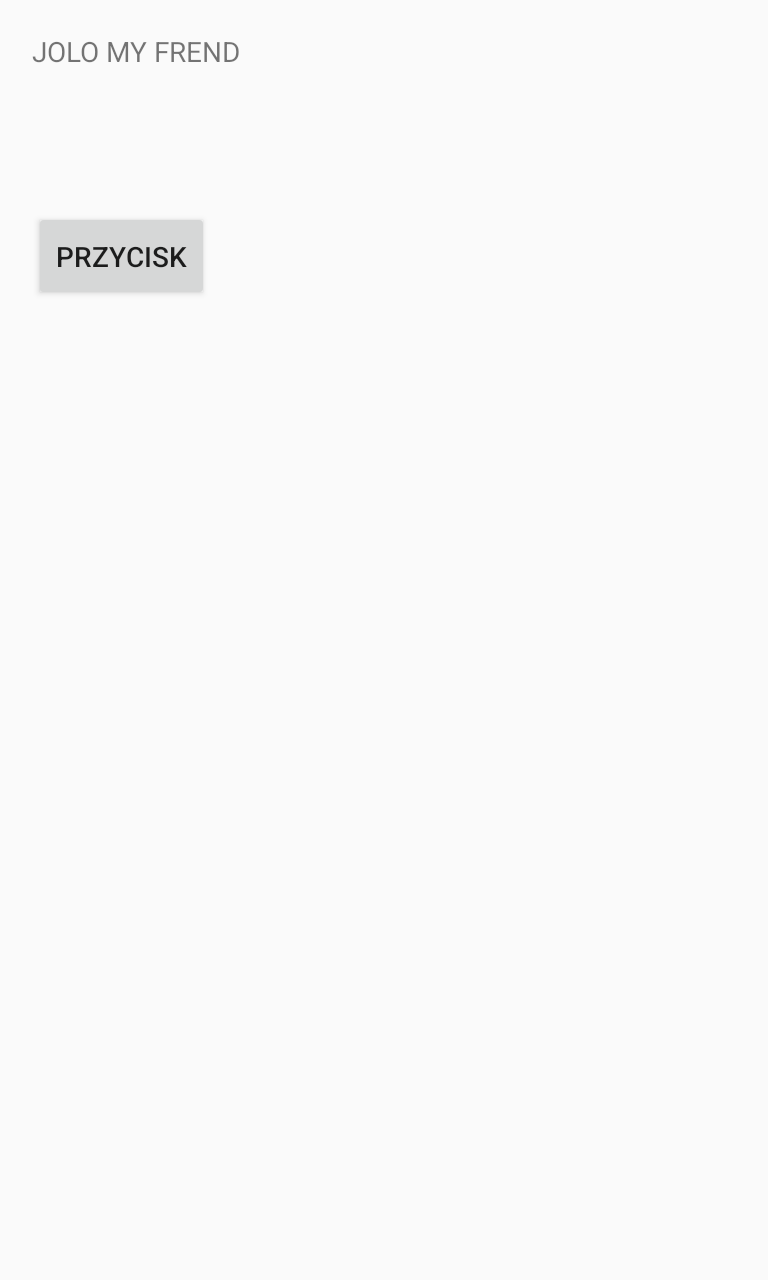
Repository: Radioaktywny/MaciekJava
Layout: ZnajdzTo/res/layout/activity_main.xml
The author's editor kept a copy of each file at every save. The layout is drawn from the files as they stood at one save, then again after the next save.
It is drawn on a 768 x 1280 px phone screen (xhdpi) without system bars, with theme AppTheme; the app's code is not run.

Above is the layout before, as saved 2015-10-16 10:55:41.

### ZnajdzTo/res/layout/activity_main.xml
<RelativeLayout xmlns:android="http://schemas.android.com/apk/res/android"
    xmlns:tools="http://schemas.android.com/tools"
    android:layout_width="match_parent"
    android:layout_height="match_parent"
    android:paddingBottom="@dimen/activity_vertical_margin"
    android:paddingLeft="@dimen/activity_horizontal_margin"
    android:paddingRight="@dimen/activity_horizontal_margin"
    android:paddingTop="@dimen/activity_vertical_margin"
    tools:context="com.example.znajdzto.MainActivity" >

    <TextView
        android:id="@+id/textView1"
        android:layout_width="wrap_content"
        android:layout_height="wrap_content"
        android:text="JOLO MY FREND" />

    <Button
        android:id="@+id/button1"
        android:layout_width="wrap_content"
        android:layout_height="wrap_content"
        android:layout_alignLeft="@+id/textView1"
        android:layout_below="@+id/textView1"
        android:layout_marginTop="69dp"
        android:text="Przycisk"
        android:onClick="LadujDrugaAktywnosc"/>

</RelativeLayout>

Loaded but not shown: ZnajdzTo/res/values/styles.xml (common file); ZnajdzTo/res/values-v11/styles.xml (common file); ZnajdzTo/res/values-v14/styles.xml (common file); ZnajdzTo/res/values/dimens.xml (common file); ZnajdzTo/res/values-w820dp/dimens.xml (common file)

After the next save:
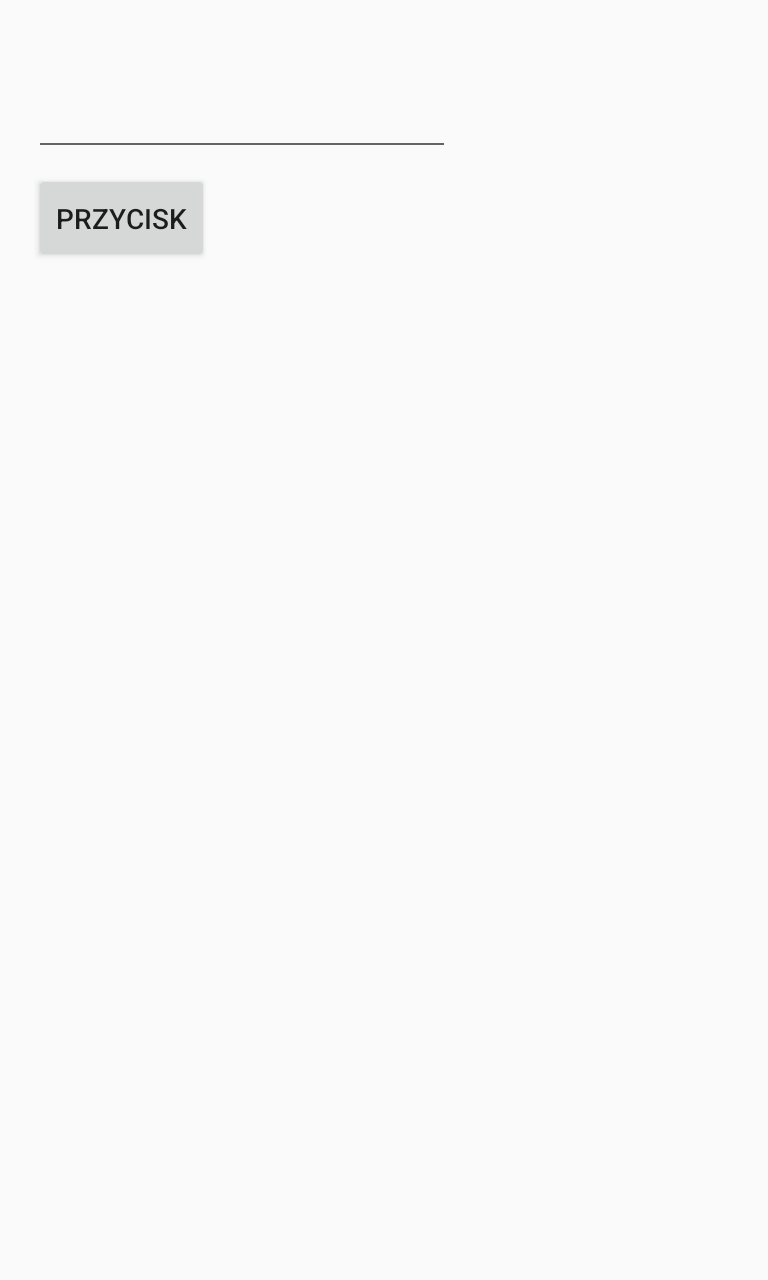
Saved 10 min 54 s later.
--- a/ZnajdzTo/res/layout/activity_main.xml
+++ b/ZnajdzTo/res/layout/activity_main.xml
@@ -8,20 +8,21 @@
     android:paddingTop="@dimen/activity_vertical_margin"
     tools:context="com.example.znajdzto.MainActivity" >
 
-    <TextView
-        android:id="@+id/textView1"
-        android:layout_width="wrap_content"
-        android:layout_height="wrap_content"
-        android:text="JOLO MY FREND" />
-
     <Button
         android:id="@+id/button1"
         android:layout_width="wrap_content"
         android:layout_height="wrap_content"
-        android:layout_alignLeft="@+id/textView1"
-        android:layout_below="@+id/textView1"
         android:layout_marginTop="69dp"
-        android:text="Przycisk"
-        android:onClick="LadujDrugaAktywnosc"/>
+        android:onClick="LadujDrugaAktywnosc"
+        android:text="Przycisk" />
+
+    <EditText
+        android:id="editText1"
+        android:layout_width="wrap_content"
+        android:layout_height="wrap_content"
+        android:layout_alignLeft="@+id/button1"
+        android:layout_alignParentTop="true"
+        android:layout_marginTop="23dp"
+        android:ems="10" />
 
 </RelativeLayout>
